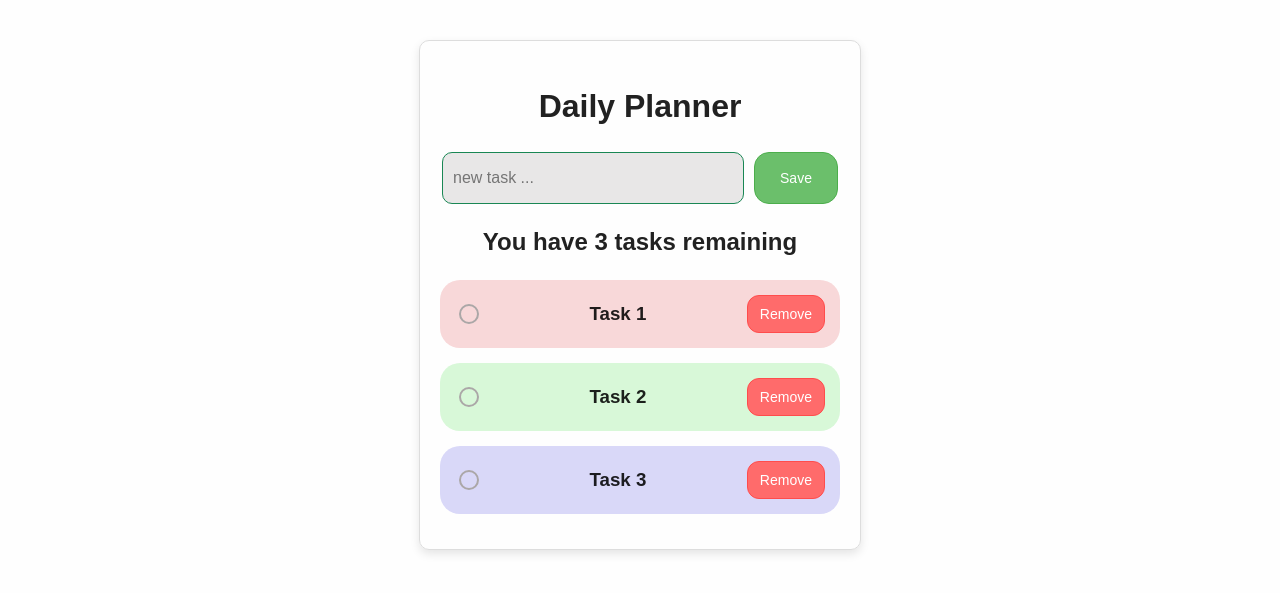
Repository: Zalida-Khan/Frontend-Lab4
Page: /
These files come from the project's save history. The page is drawn as it stood at one moment and after the next save; the edit follows.
The browser window is 1280 px wide. The pictures show the whole page.
The first visible `.input-field` has the focus.
The project was rebuilt for these pictures with package versions that can differ from the ones it lists, and the page was loaded fresh each time. Also part of the build but not shown: vite.config.js.

Above is the page before, as saved 2024-10-22 01:06:07.

After the next save:
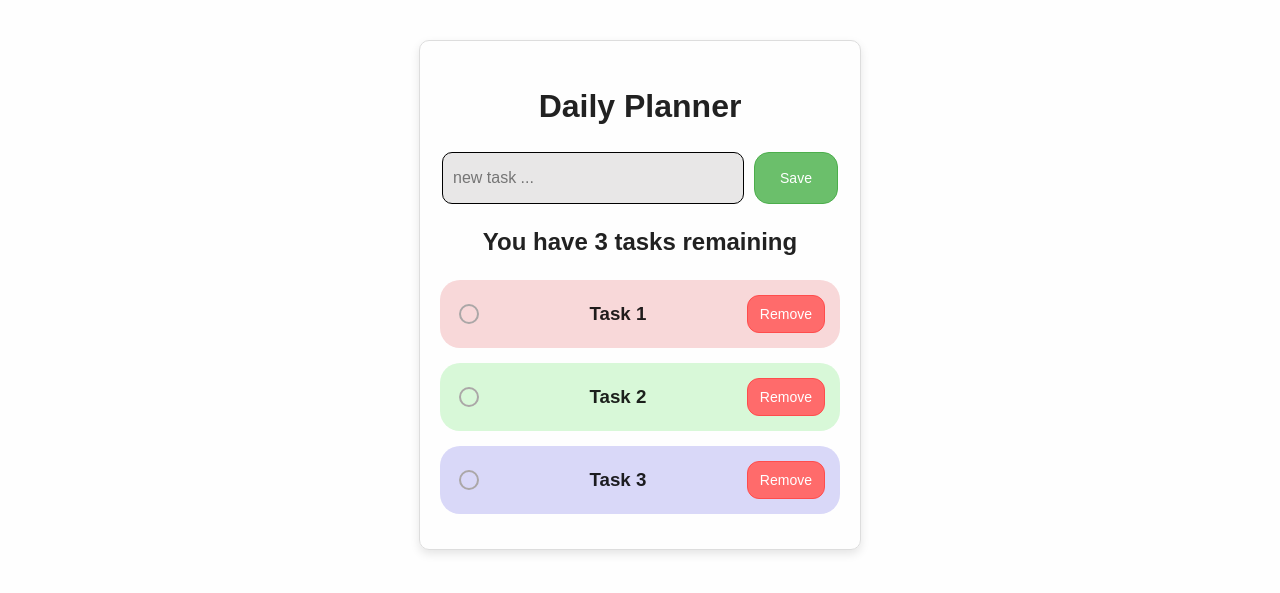
Saved 13 s later.
--- a/src/App.css
+++ b/src/App.css
@@ -133,7 +133,7 @@
 }
 
 .input-field:focus {
-  border-color: #198754;
+  border-color: #000000;
 }
 
 .save-btn {
